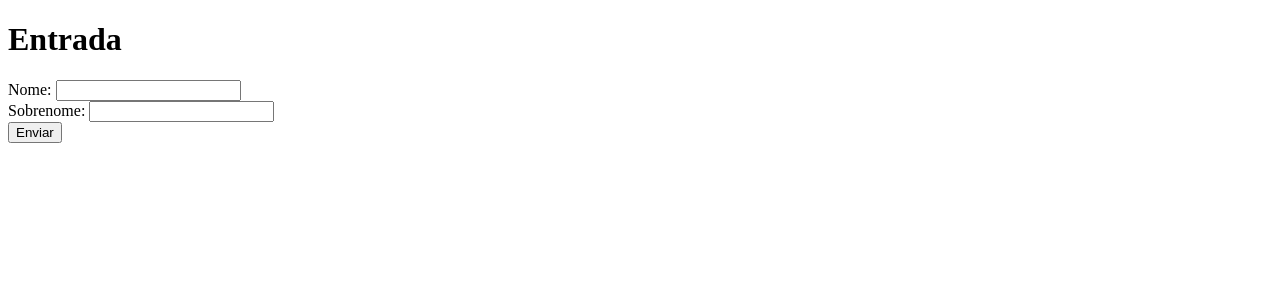
Repository: Edd002/Desenvolvimento-Web-Back-end-workspace
Page: http://localhost/LabExtra/entrada.jsp
These files come from the project's save history. The page is drawn as it stood at one moment and after a run of saves; the edit follows.
The browser window is 1280 px wide. The pictures show the whole page.
The page is served by Tomcat 9.

Above is the page before, as saved 2019-06-16 21:03:53.

After the next 3 saves:
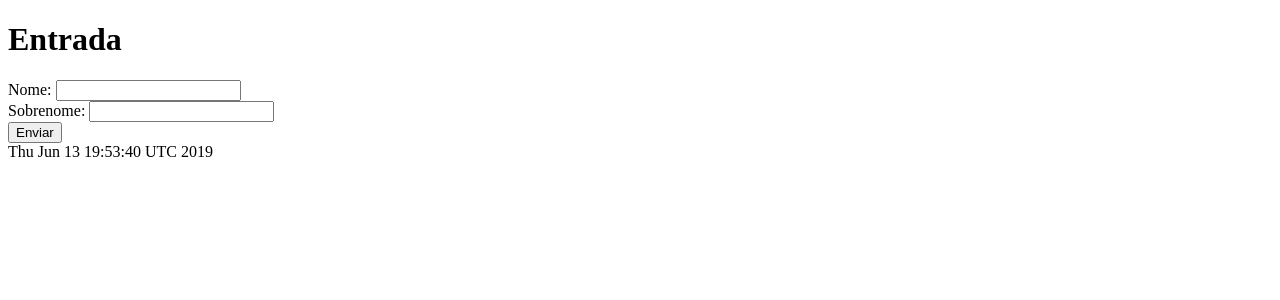
The 3 saves are shown as one change because 2 did not build or start.
The last was saved 67 s later.
--- a/LabExtra/WebContent/entrada.jsp
+++ b/LabExtra/WebContent/entrada.jsp
@@ -13,6 +13,10 @@
 		<label>Sobrenome: </label> <input type="text" name="sobrenome"><br>
 
 		<input type="submit" value="Enviar">
+
+		<br>
+
+		<%@ include file="WEB-INF/data.jsp" %>
 	</form>
 </body>
 </html>
